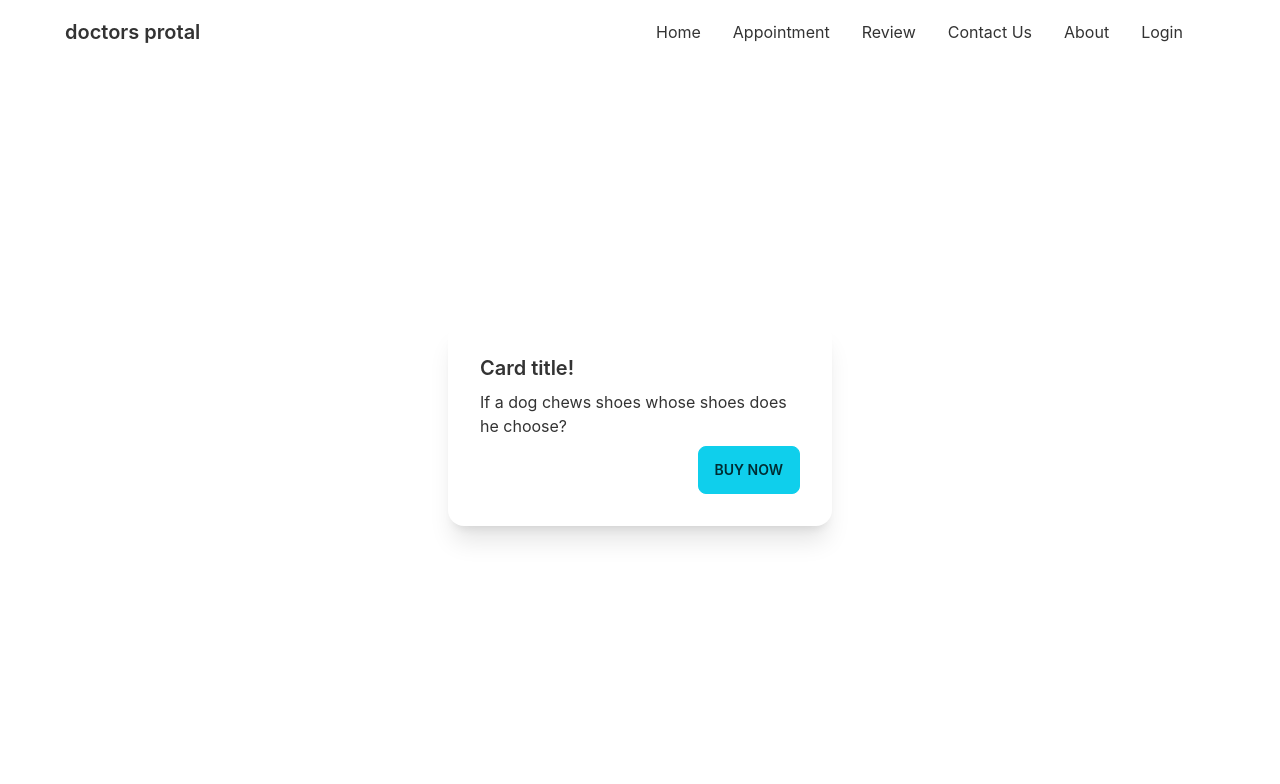
Repository: mdrubel02/doctor-protal
Page: /login
The author's editor kept a copy of each file at every save. The page is drawn from the files as they stood at one save, then again after the next save.
The browser window is 1280 px wide. The pictures show the whole page.
The project was rebuilt for these pictures with package versions that can differ from the ones it lists, and the page was loaded fresh each time. Also part of the build but not shown: src/App.css, src/Pages/About/About.js, src/Pages/Shared/Footer/Footer.js, src/Pages/Appointment/AppointmentBanner.js, src/Pages/Appointment/BookingModal.js, src/Pages/Appointment/Service.js, src/Pages/Appointment/AvailableAppointment.js, src/Pages/Appointment/Appointment.js and 2 more. Imported but missing from the stored project, and not drawn on this page: src/Pages/Contact/Contact.

Above is the page before, as saved 2022-05-14 16:09:02.

### src/App.js

import { Route, Routes } from 'react-router-dom';
import './App.css';
import About from './Pages/About/About';
import Appointment from './Pages/Appointment/Appointment';
import Contact from './Pages/Contact/Contact';
import Home from './Pages/Home/Home';
import Login from './Pages/Login/Login';
import Review from './Pages/Review/Review';
import Navbar from './Pages/Shared/Navbar';

function App() {
  return (
    <div className='max-w-1xl mx-auto px-10 ' >
      <Navbar></Navbar>
      <Routes>
        <Route path='/' element={<Home/>}/>
        <Route path='/about' element={<About/>}/>
        <Route path='/appointment' element={<Appointment/>}/>
        <Route path='/review' element={<Review/>}/>
        <Route path='/contact' element={<Contact/>}/>
        <Route path='/login' element={<Login/>}/>
      </Routes>
    </div>
  );
}

export default App;

### src/Pages/Login/Login.js
import React from 'react';

const Login = () => {
    return (
        <div className='flex justify-center items-center min-h-screen'>
            <div className="card w-96 bg-base-100 shadow-xl">
                <div className="card-body">
                    <h2 className="card-title">Card title!</h2>
                    <p>If a dog chews shoes whose shoes does he choose?</p>
                    <div className="card-actions justify-end">
                        <button className="btn btn-primary">Buy Now</button>
                    </div>
                </div>
            </div>
        </div>
    );
};

export default Login;

### src/Pages/Shared/Navbar.js
import React from 'react';
import { Link } from 'react-router-dom';

const Navbar = () => {
    const menuItems = <>
        <li><Link to='/'>Home</Link></li>
        <li><Link to='/appointment'>Appointment</Link></li>
        <li><Link to='/review'>Review</Link></li>
        <li><Link to='/contact'>Contact Us</Link></li>
        <li><Link to='/about'>About</Link></li>
        <li><Link to='login'>Login</Link></li>
    </>
    return (
        <div className="navbar bg-base-100">
            <div className="navbar-start">
                <div className="dropdown">
                    <label tabindex="0" className="btn btn-ghost lg:hidden">
                        <svg xmlns="http://www.w3.org/2000/svg" className="h-5 w-5" fill="none" viewBox="0 0 24 24" stroke="currentColor"><path stroke-linecap="round" stroke-linejoin="round" stroke-width="2" d="M4 6h16M4 12h8m-8 6h16" /></svg>
                    </label>
                    <ul tabindex="0" className="menu menu-compact dropdown-content mt-3 p-2 shadow bg-base-100 rounded-box w-52">
                        {menuItems}
                    </ul>
                </div>
                <Link to='/' className="btn btn-ghost normal-case text-xl">doctors protal</Link>
            </div>
            <div className="navbar-center hidden lg:flex">
                <ul className="menu menu-horizontal p-0">
                    {menuItems}
                </ul>
            </div>

        </div>
    );
};

export default Navbar;

### tailwind.config.js
module.exports = {
  content: ["./src/**/*.{html,js}"],
  daisyui: {
    themes: [
      {
        mytheme: {
          primary: "#0FCFEC",
          secondary: "#19D3AE",
          accent: "#3A4256",
          neutral: "#3d4451",
          "base-100": "#ffffff",
        },
      },
      "dark",
      "cupcake",
    ],
  },
  plugins: [require("daisyui")],
}

Loaded but not shown: public/index.html (common file); src/index.js (common file); src/index.css (common file); src/reportWebVitals.js (common file)

After the next save:
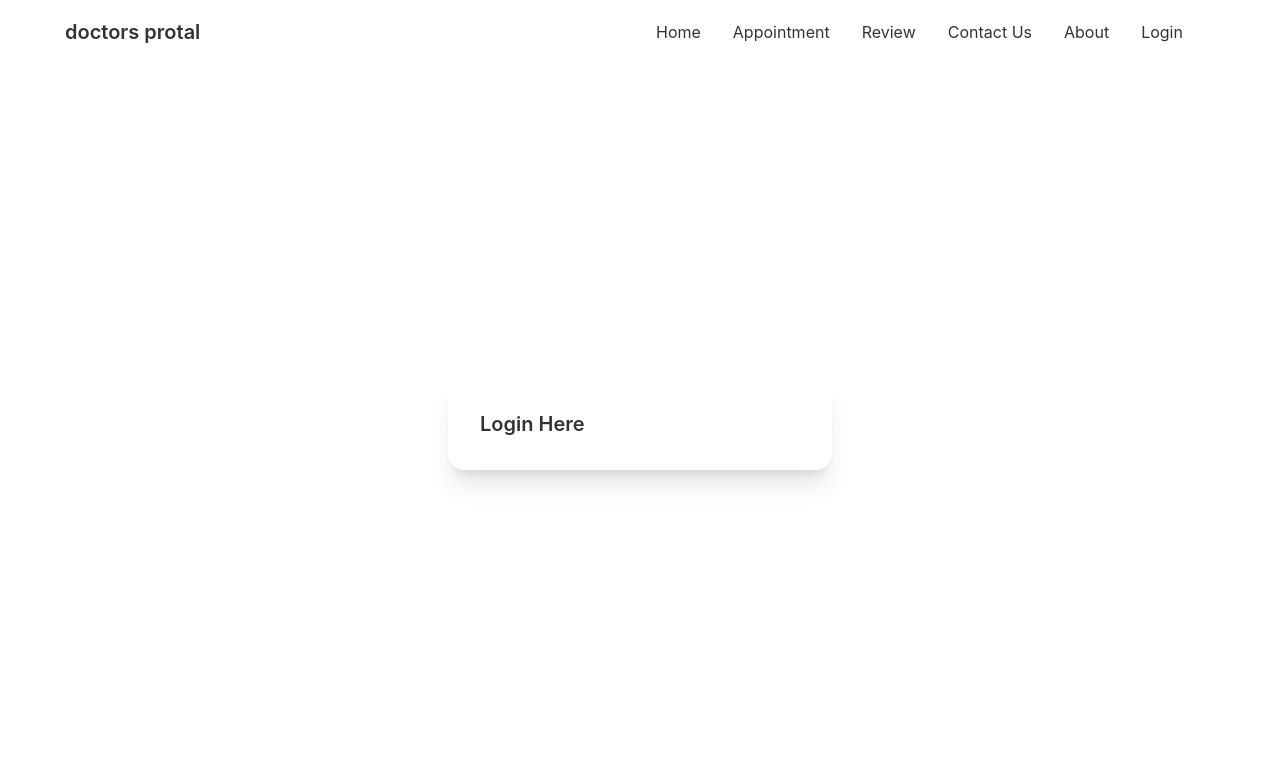
Saved 2 min 26 s later.
--- a/src/Pages/Login/Login.js
+++ b/src/Pages/Login/Login.js
@@ -5,11 +5,8 @@ const Login = () => {
         <div className='flex justify-center items-center min-h-screen'>
             <div className="card w-96 bg-base-100 shadow-xl">
                 <div className="card-body">
-                    <h2 className="card-title">Card title!</h2>
-                    <p>If a dog chews shoes whose shoes does he choose?</p>
-                    <div className="card-actions justify-end">
-                        <button className="btn btn-primary">Buy Now</button>
-                    </div>
+                    <h2 className="card-title">Login Here</h2>
+
                 </div>
             </div>
         </div>
